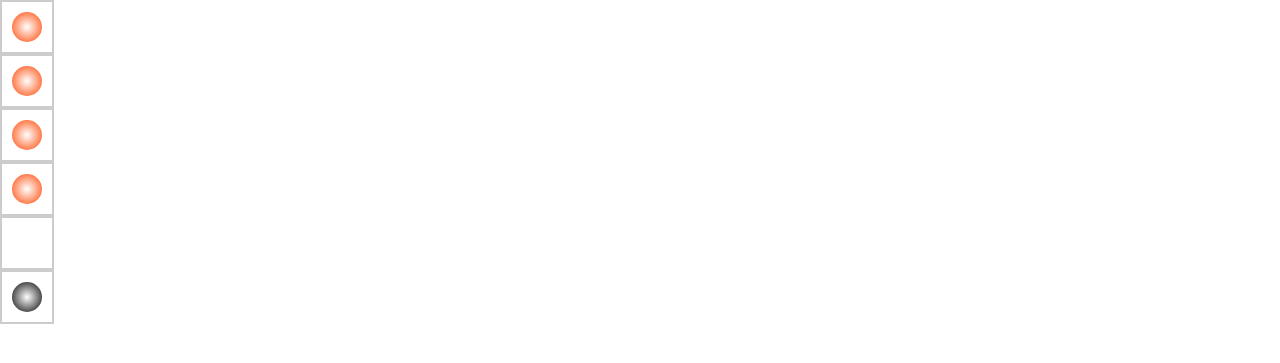
Repository: Gstring-w/TypeScript-React-ThreeWordGame
Page: / (app in my-app/)
An editor plug-in stored every save of this project. The page is shown before and after the next save, followed by the edit.
The browser window is 1280 px wide. The pictures show the whole page.
The project was rebuilt for these pictures with package versions that can differ from the ones it lists, and the page was loaded fresh each time.

Above is the page before, as saved 2019-07-01 14:58:36.

After the next save:
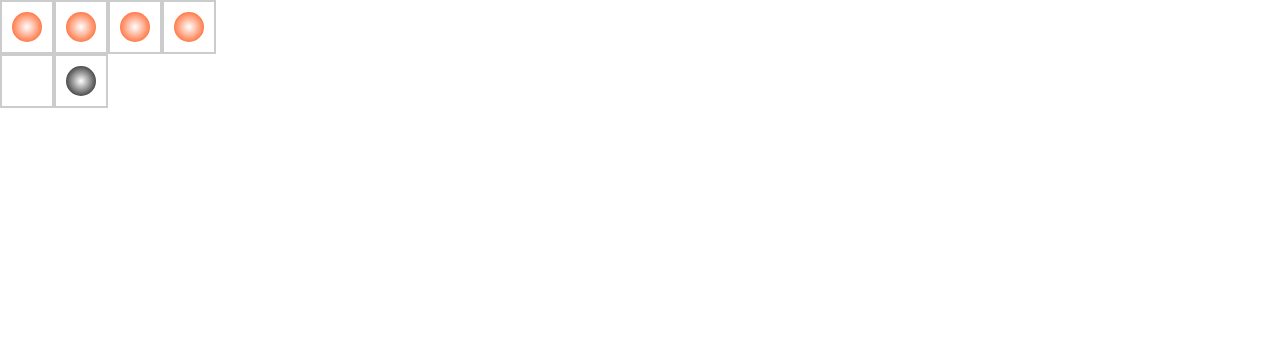
Saved 14 s later.
--- a/my-app/src/components/Map.tsx
+++ b/my-app/src/components/Map.tsx
@@ -1,6 +1,7 @@
 import React from "react";
 import { ChessType } from "../types/enums";
 import { Chess } from "./Chess";
+import "./Map.css";
 export default class Map extends React.Component {
   state = {
     chess: [
